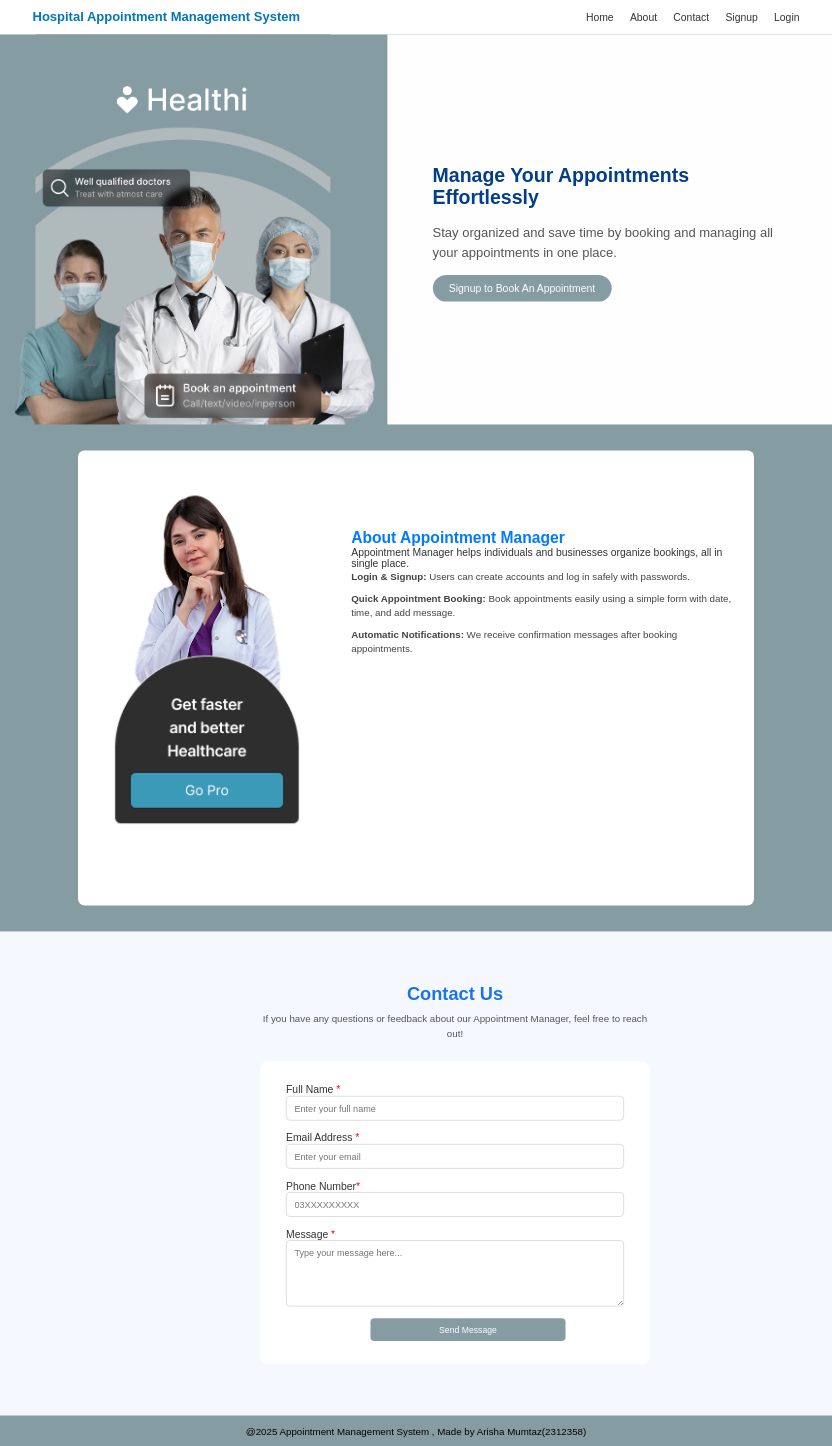
Repository: Arisha004/hospital-management-midterm-
Page: landingpage.html
These files come from the project's save history. The page is drawn as it stood at one moment and after the next save; the edit follows.
The browser window is 1280 px wide. The pictures show the whole page, at 65% of full size.

Above is the page before, as saved 2025-11-08 14:37:05.

After the next save:
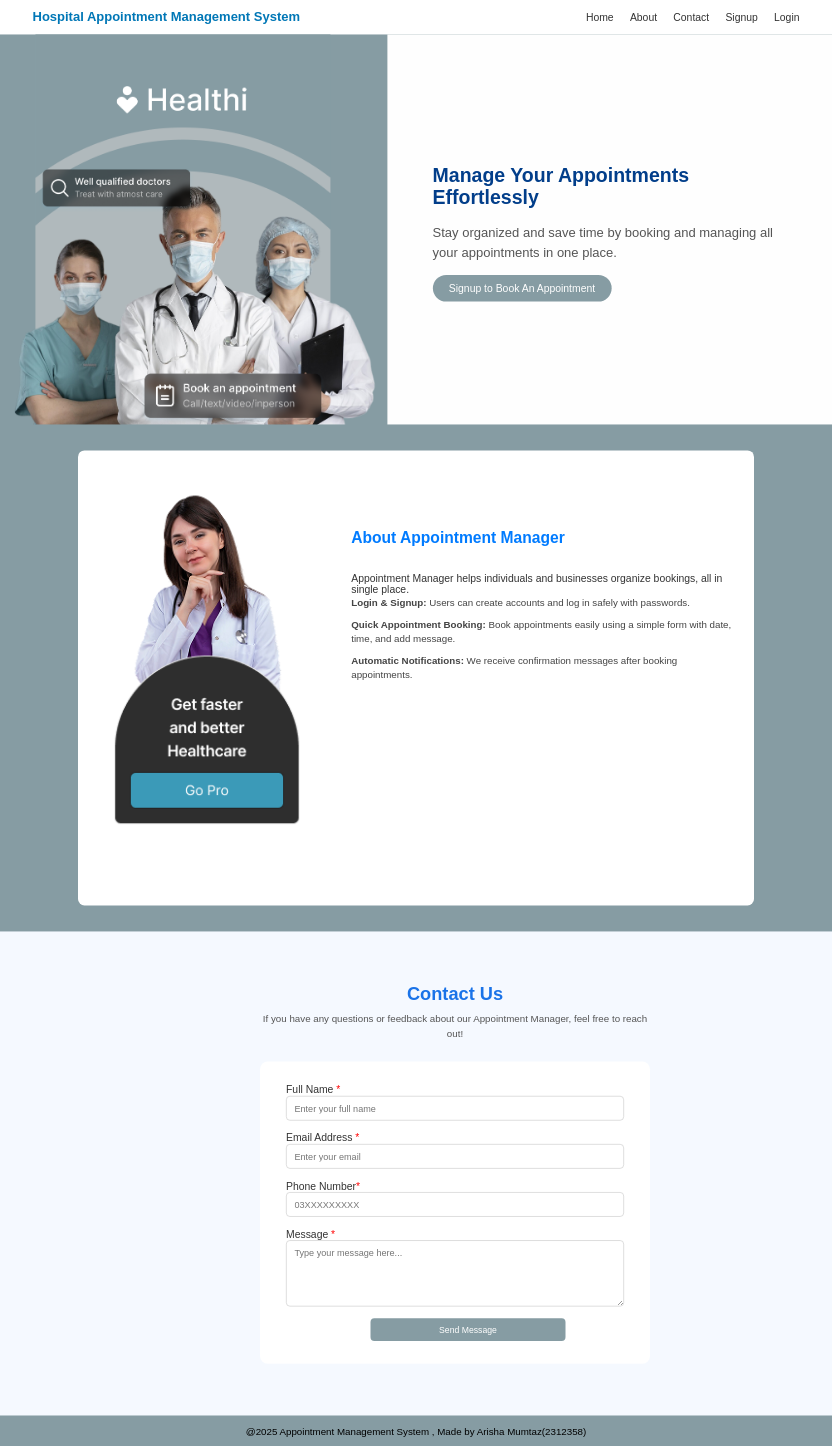
Saved 4 s later.
--- a/landingpage.html
+++ b/landingpage.html
@@ -59,7 +59,7 @@
     <div class="leftabout">
 
         <h2 style="margin-top: 70px;">About Appointment Manager</h2>
-        <p style="marg">Appointment Manager helps individuals and businesses organize bookings, all in single place.</p>
+        <p style="margin-top: 40px;">Appointment Manager helps individuals and businesses organize bookings, all in single place.</p>
         <ul class="features">
               <li><strong> Login & Signup:</strong> Users can create accounts and log in safely with  passwords.</li>
 <li><strong>Quick Appointment Booking:</strong> Book appointments easily using a simple form with date, time, and add message.</li>

After the 3 saves that followed:
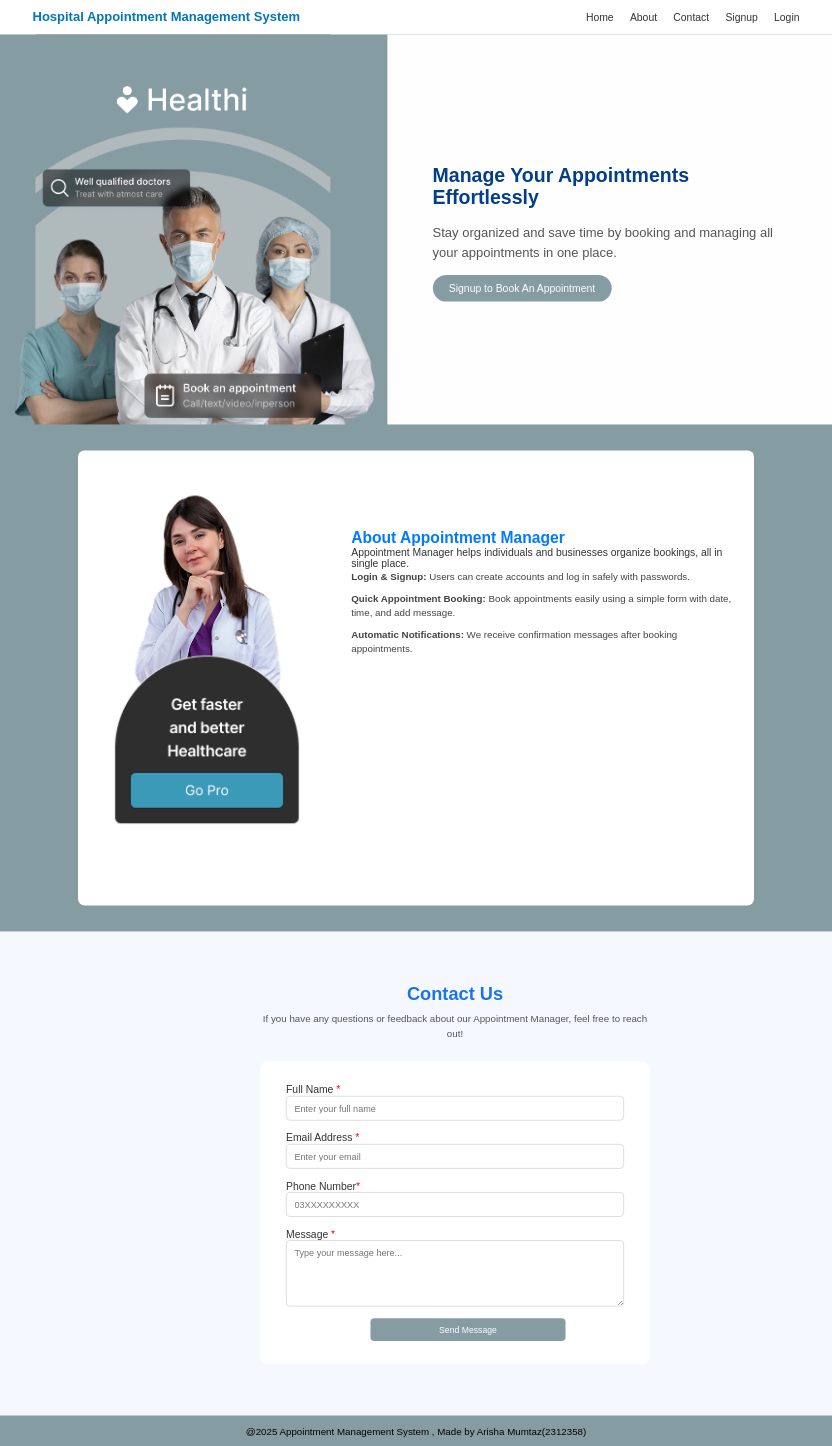
The 3 saves are shown as one change because they came seconds apart.
The last was saved 18 s later.
--- a/landingpage.html
+++ b/landingpage.html
@@ -59,7 +59,7 @@
     <div class="leftabout">
 
         <h2 style="margin-top: 70px;">About Appointment Manager</h2>
-        <p style="margin-top: 40px;">Appointment Manager helps individuals and businesses organize bookings, all in single place.</p>
+        <p style="line-height: ;">Appointment Manager helps individuals and businesses organize bookings, all in single place.</p>
         <ul class="features">
               <li><strong> Login & Signup:</strong> Users can create accounts and log in safely with  passwords.</li>
 <li><strong>Quick Appointment Booking:</strong> Book appointments easily using a simple form with date, time, and add message.</li>
